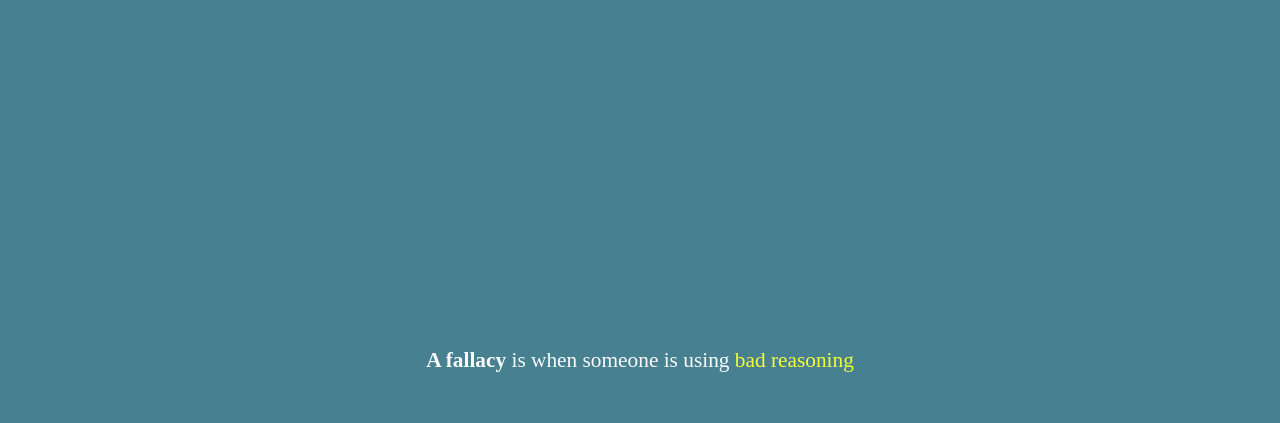
Repository: cindyvunguyen/fallacy
Page: index.html
These files come from the project's save history. The page is drawn as it stood at one moment and after the next save; the edit follows.
The browser window is 1280 px wide. The pictures show the whole page.
Some web fonts or font styles are not loaded; a fallback is used.

Above is the page before, as saved 2020-03-13 20:08:22.
Console error: SyntaxError: Unexpected token 'function'

After the next save:
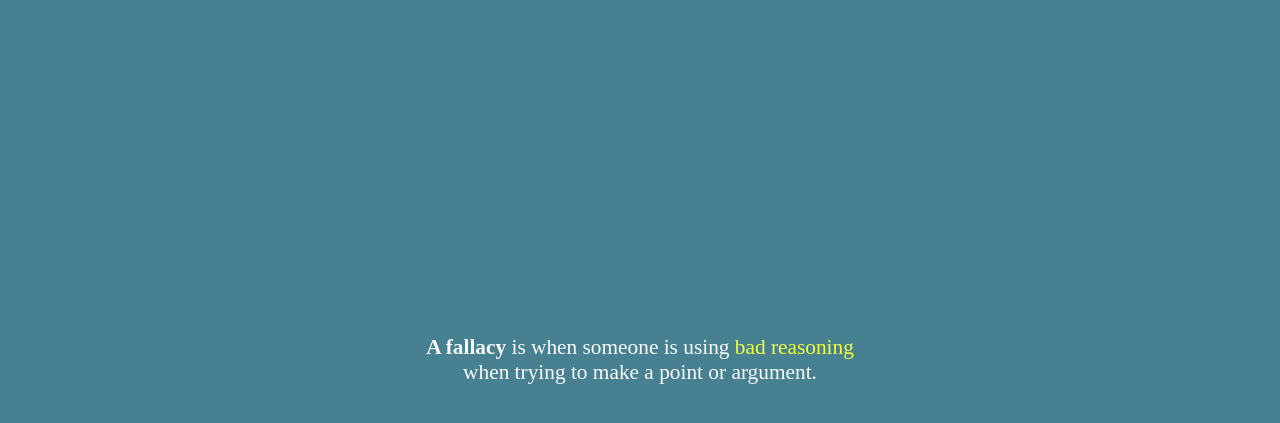
Saved 33 s later.
--- a/index.html
+++ b/index.html
@@ -57,7 +57,7 @@
         </div> -->
 
         <div id="fallacy-review-page">
-            <p><b>A fallacy</b> is when someone is using <span id="text-emphasis">bad reasoning</span></p>
+            <p><b>A fallacy</b> is when someone is using <span id="text-emphasis">bad reasoning</span><br>when trying to make a point or argument.</p>
         </div>
 
         <div id="three-fallacies-page" onclick="fallacyChange()">
